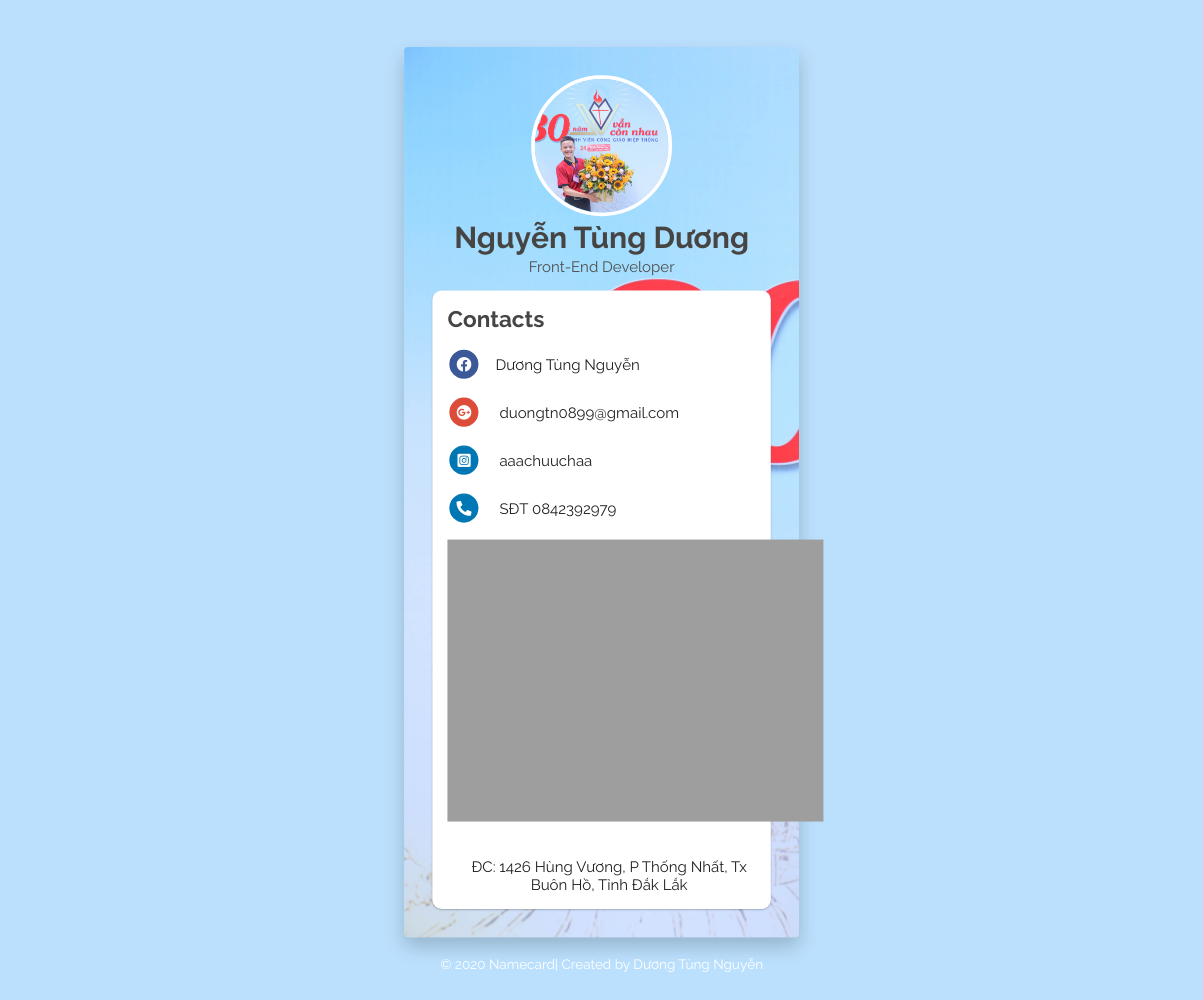
Repository: DuongTungNguyen0899/Card_Duong.github.io
Page: index.html
These files come from the project's save history. The page is drawn as it stood at one moment and after the next save; the edit follows.
The browser window is 1280 px wide. The pictures show the whole page, at 94% of full size.
Pictures or frames that could not be fetched are drawn as grey boxes.

Above is the page before, as saved 2021-06-27 18:59:53.

### index.html
<!DOCTYPE HTML>
<html>
<head>
<title>Shaded Profile Widget Flat Responsive Widget Template :: w3layouts</title>
<!-- Custom Theme files -->
<link href="css/style.css" rel="stylesheet" type="text/css" media="all"/>
<!-- for-mobile-apps -->
<meta http-equiv="Content-Type" content="text/html; charset=utf-8" />
<meta name="viewport" content="width=device-width, initial-scale=1, maximum-scale=1">
<meta http-equiv="Content-Type" content="text/html; charset=utf-8" />
<!-- //for-mobile-apps -->
<!-- font-awesome icons -->
<link href="css/fontawesome-free-5.15.3-web/css/fontawesome.css" rel="stylesheet">
<link rel="stylesheet" href="css/fontawesome-free-5.15.3-web/css/all.min.css">
<!-- //font-awesome icons -->
<!--Google Fonts-->
<link href="https://fonts.googleapis.com/css2?family=Raleway:wght@400;500;600;700&display=swap" rel="stylesheet">
</head>
<body>
<!--profile start here-->

<div class="profile">
	<div class="wrap">
		<div class="profile-main">
			<div class="profile-pic wthree">
				<img src="img/IMG_7157.JPG" alt="">
				<h2>Nguyễn Tùng Dương</h2>
				<p>Front-End Developer</p>
			</div>
			<!-- <div class="w3-message">
				<h5>About Me</h5>
				<p>Chào bạn ! Chúng mình là ADC Studio.Liên hệ cho chúng mình nhé ^_^</p>
			</div> -->
			<div class="w3ls-touch">
				<h5>Contacts</h5>
				<div class="social">
					<ul>
						<li><a href="https://www.facebook.com/DuongTung.td/"> <i class="fab fa-facebook" aria-hidden="true"></i><p>Dương Tùng Nguyễn</p></a></li>
						<!-- <li><a href="#"><i class="fa fa-twitter" aria-hidden="true"></i> <p>Connected To Twitter</p></a></li> -->
						<!-- <li><a href="#"><i class="fa fa-linkedin" aria-hidden="true"></i> <p>Connected To Linkedin</p></a></li> -->
                        <li><a href="duongtn0899@gmail.com"><i class="fab fa-google-plus" aria-hidden="true"></i> <p>duongtn0899@gmail.com</p></a></li>
                        <!-- <li><a href="#"> <img src="/img/iconfinder_7044033_zalo_icon_512px.png" class="fab fa-zalo" alt=""> <p>Connected To Zalo</p></a></li> -->
						<li><a href="https://www.instagram.com/aaachuuchaa/"><i class="fab fa-instagram-square"></i> <p>aaachuuchaa</p></a></li>
						<li><a href="tel: 0842392979"><i class="fas fa-phone-alt "></i> <p>SĐT 0842392979</p></a></li>
						<li><a href="" ><iframe src="https://www.google.com/maps/embed?pb=!1m18!1m12!1m3!1d3889.9181489788043!2d108.25119941445594!3d12.84856302104343!2m3!1f0!2f0!3f0!3m2!1i1024!2i768!4f13.1!3m3!1m2!1s0x3171e2dbb98475fb%3A0x9c97d046349da663!2zMTQyNiBIw7luZyBWxrDGoW5nLCBUaOG7kW5nIE5o4bqldCwgQnXDtG4gSOG7kywgxJDhuq9rIEzhuq9rLCBWaeG7h3QgTmFt!5e0!3m2!1svi!2s!4v1624794962893!5m2!1svi!2s" width="400" height="300" style="border:0;" allowfullscreen="" loading="lazy"></iframe><i class="fas fa-map-marker-alt "></i> <p>ĐC: 1426 Hùng Vương, P Thống Nhất, Tx Buôn Hồ, Tỉnh Đắk Lắk</p></a></li>
					</ul>
				</div>
			</div>
		</div>
		<div class="wthree_footer_copy">
			<p>© 2020 Namecard| Created by <a href="#">Dương Tùng Nguyễn</a></p>
		</div>
	</div>
</div>
<!--profile end here-->

</body>
</html>

### css/style.css
*,
*::before,
*::after {
	margin: 0;
	padding: 0;
	box-sizing: border-box;
}

html {

}


ul{list-style:none;}
a {text-decoration: none;}
img {
	width:150px;
	height:150px;
}
/*end reset*/
body{
	padding: 30px;
    background: #bbe0fd;
    background-size: cover;
   font-family: 'Raleway', sans-serif;
}
.wrap {
    width: 80%;
    margin: 0 auto;
}
/*--profile start here--*/
.heading-1 {
	font-size: 35px;
	font-weight: 400;
	letter-spacing: 1.2;
}
h1 {
    font-size: 3em;
    color: #fff;
    text-align: center;
}
.profile-main {
    background: url(./img/IMG_7157.JPG) no-repeat 0px 0px;
	background-size:cover;
    width: 45%;
    margin: 20px auto;
    padding: 30px;
    border-radius: 4px;
    box-shadow: 0 10px 20px rgba(0,0,0,.2);
}
.profile-pic {
    margin: 0 0 1em 0;
    text-align: center;
}
.profile-pic img {
    border:4px solid #fff;
	border-radius: 82px;
	object-fit: cover;
	    transition: 0.5s all;
    -webkit-transition: 0.5s all;
    -moz-transition: 0.5s all;
    -o-transition: 0.5s all;
}
.profile-pic h2 {
    font-size: 2em;
    color: #474544;
    margin-bottom: 0.1em;
}
.profile-pic p {
    font-size: 1em;
    color:#4E4E4E;
}
.wthree_tab_grid_sub {
    margin: 1em 0 0 0;
}
.wthree_tab_grid_sub_left {
	float: left;
    width: 26.2%;
    padding: .5em;
    text-align: center;
    background: #d3aefe;
}
.wthree_tab_grid_sub_left h5 {
    font-size: 1.5em !important;
    color: #fff !important;
    font-weight: 700;
}
.wthree_tab_grid_sub_left p {
	color: #fff !important;
    font-size: .9em !important;
    margin: 0 !important;
}
.wthree_tab_grid_sub_left:nth-child(2) {
    margin: 0 1em;
}
.w3-message,.w3ls-touch{
    padding: 1em;
    box-shadow: 0 0px 1px rgba(197, 197, 197, 0.19),0 1px 2px rgba(0, 0, 0, 0.24);
    background: #fff;
}
.w3-message h5,.w3ls-touch h5{
	color:#474544;
	font-size:1.5em;
	margin:0;
}
.w3-message p{
	color:#c5b7b7;
	font-size:16px;
	margin:1em 0 0 0;
	line-height:1.8em;
}
.w3ls-touch{
	margin:1em 0 0 0;
	border-radius: 10px;
}
.social {
	margin: 1em 0 0 0;
}
.social ul{
	padding:0;
	margin:0;
}
.social ul li{
    display: block;
	margin:1em 0 0 0;
}
.social ul li:nth-child(1){
	margin:0;
}
.social ul li a {
	color: #333;
    text-align: center;
}
.social ul li a i.fab.fa-facebook,.social ul li a img.fab.fa-zalo,.social ul li a i.fab.fa-instagram-square,.social ul li a i.fab.fa-google-plus,.social ul li a i.fas.fa-phone-alt,.social ul li a i.fas.fa-map-marker-alt{
    height: 35px;
    width: 35px;
    background: none;
    line-height: 32px;
    border: solid 2px #FFF;
    color: #FFF;
    border-radius: 50%;
    -webkit-border-radius: 50%;
    -moz-border-radius: 50%;
    -o-border-radius: 50%;
    -ms-border-radius: 50%;
    transition: 0.5s all;
    -webkit-transition: 0.5s all;
    -moz-transition: 0.5s all;
    -o-transition: 0.5s all;
    -ms-transition: 0.5s all;
}
.social ul li a i.fab.fa-facebook {
	background: #3b5998;
}
.social ul li a img.fab.fa-zalo{
	background: #1da1f2;
}
.social ul li a img.fas.fa-map-marker-alt{
	background: #e03b2f;
}
.social ul li a i.fab.fa-instagram-square{
	background: #0077b5;
}
.social ul li a i.fas.fa-phone-alt{
	background: #0077b5;
}
.social ul li a i.fab.fa-google-plus{
	background: #dd4b39;
}
.social ul li a i.fab.fa-facebook:hover {
	border: solid 2px #3b5998;
    color: #3b5998;
	background:none;
}
.social ul li a i.fas.fa-map-marker-alt:hover {
	border: solid 2px #e03b2f;
    color: #e03b2f;
	background:none;
}
.social ul li a i.fas.fa-phone-alt:hover {
	border: solid 2px #3b5998;
    color: #3b5998;
	background:none;
}
.social ul li a img.fab.fa-zalo:hover{
	border: solid 2px #1da1f2;
    color: #1da1f2;
	background:none;
}
.social ul li a i.fab.fa-instagram-square:hover{
	border: solid 2px #0077b5;
    color: #0077b5;
	background:none;
}
.social ul li a i.fab.fa-google-plus:hover{
	border: solid 2px #dd4b39;
    color: #dd4b39;
	background:none;
}
.social ul li a p{
    color: #212121;
    font-size: 16px;
    margin: 0 0 0 1em;
    font-weight: 400;
    display: inline-block;
}
.wthree_footer_copy{
	text-align:center;
}
.wthree_footer_copy p{
	color:#FFFFFF;
	font-size:.9em;
	margin:0;
}
.wthree_footer_copy p a{
	color:#FFFFFF;
	text-decoration:none;
}
.wthree_footer_copy p a:hover{
	color:#212121;
}
/*-- responsive --*/
@media(max-width:1440px){
	.wthree_tab_grid_sub_left {
		width: 25.2%;
	}
}
@media(max-width:1280px){
	.profile-main {
		width: 43%;
	}
}
@media(max-width:1080px){
	body {
		padding: 10px;
	}
	.wrap {
		width: 100%;
	}
	.profile-main {
		width: 100%;
	}
}

@media(max-width:600px){
	.profile-main {
		background: url(./img/IMG_7157.JPG) no-repeat -100px 0px;
		background-size: cover;
	}
	.social ul li a p {
		font-size: 13px;
	}
}


@media(max-width:320px){
	h1 {
		font-size: 1.5em;
	}
	.wthree_tab_grid_sub_left {
		width: 21.5%;
	}
	.wthree_tab_grid_sub_left p {
		font-size: .8em !important;
	}
	.profile-main {
		background: url(./img/IMG_7157.JPG) no-repeat -173px 0px;
		background-size: cover;
	}
}
/*-- //responsive --*/

.fa-facebook:before {
    content: "\f09a";
}

Loaded but not shown: css/fontawesome-free-5.15.3-web/css/fontawesome.css (library); css/fontawesome-free-5.15.3-web/css/all.min.css (library)

After the next save:
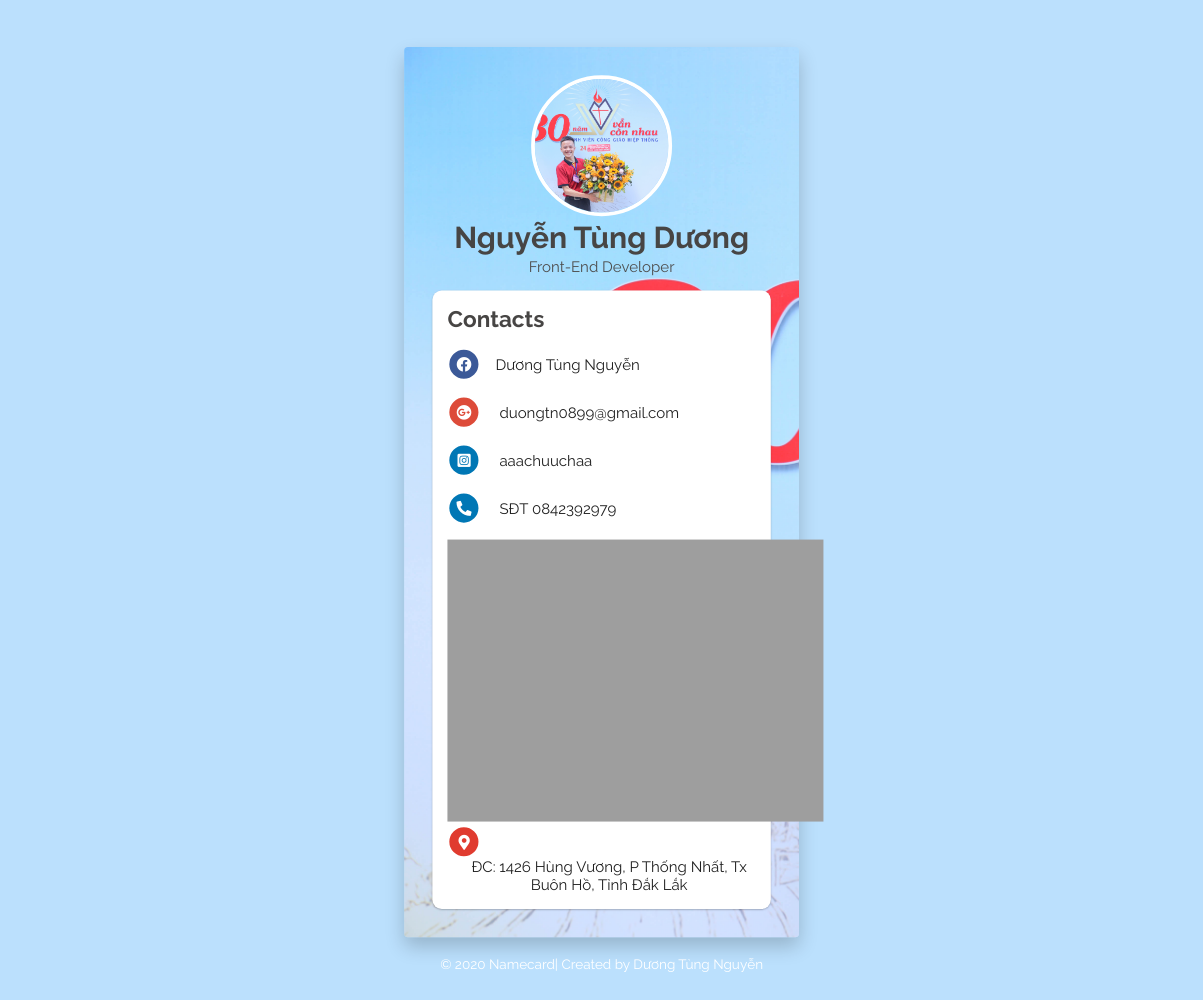
Saved 33 s later.
--- a/css/style.css
+++ b/css/style.css
@@ -155,7 +155,7 @@ h1 {
 .social ul li a img.fab.fa-zalo{
 	background: #1da1f2;
 }
-.social ul li a img.fas.fa-map-marker-alt{
+.social ul li a i.fas.fa-map-marker-alt{
 	background: #e03b2f;
 }
 .social ul li a i.fab.fa-instagram-square{
